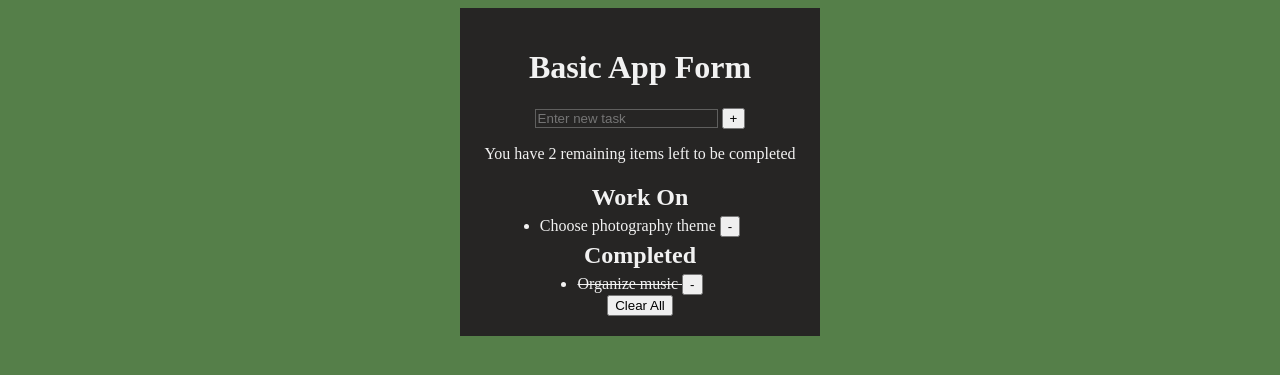
Repository: Kayla-amr/dgm_3760
Page: todoTemplate-W2/index.html
The author's editor kept a copy of each file at every save. The page is drawn from the files as they stood at one save, then again after the next save.
The browser window is 1280 px wide. The pictures show the whole page.

Above is the page before, as saved 2022-11-08 13:02:23.

### todoTemplate-W2/index.html
<!DOCTYPE html>
<html lang="en">

<head>
    <meta charset="UTF-8">
    <meta http-equiv="X-UA-Compatible" content="IE=edge">
    <meta name="viewport" content="width=device-width, initial-scale=1.0">
    <link rel="stylesheet" href="styles.css">
    <title>Basic Todo App</title>
</head>

<body>
    <main>
        <div class="taskForm">
            <h1 class="formTitle"></h1>
            <div>
                <input class="userInput" type="text" placeholder="Enter new task">
                <button class="addTask">+</button>
            </div>
            <p class="remainingTasks"></p>
            <h2>Work On</h2>
            <ul class='todoTasks'>
            </ul>
            <h2>Completed</h2>
            <ul class='completedTasks'>
            </ul>

            <button id="clearBtn">Clear All</button>
    </main>

    </div>
</body>
<script src="/todoTemplate-W2/index.js"></script>

</html>

### todoTemplate-W2/styles.css
body{
    background-color: #557f49;
    color: #f2f2f2;
}
main{
    display: flex;
    justify-content: center;
}
h2{
    margin: 0;
    padding: 5px;
}
.taskForm{
    background-color: #262524;
    padding: 20px;
    width: 20rem;
    display: flex;
    flex-direction: column;
    align-items: center;
}

.todoTasks{
    margin: 0;
    padding: 0;
}
.completedTasks{
    margin: 0;
    padding: 0;
}
.userInput{
    background-color: #eaaf1900;
    border: 1px solid #808080a1;
    color: #f2f2f2;
}

### todoTemplate-W2/index.js
const addBtn = document.querySelector('.addTask'); //store element object for the add task button
const todoTaskUl = document.querySelector('.todoTasks'); //get a reference to the task container UL
const completedTaskUL = document.querySelector('.completedTasks'); //get a reference to the task container UL
const clearBtn = document.querySelector('#clearBtn'); //clear button
const removeBtn = document.querySelector('.removeBtn');
const remainingTasks = document.querySelector('.remainingTasks');

let myList = [
	{
		id: 0,
		name: 'Choose photography theme',
		category: 'Homework',
		due_date: 'Tomorrow',
		status: false
	},
	{
		id: 1,
		name: 'Organize music',
		category: 'Chores',
		due_date: 'Wednesday',
		status: true
	}
];

//app title
document.querySelector('.formTitle').innerText = 'Basic App Form';

//view todods

function displayTodos(todos) {
	//clear out any tasks (li elements) that are in the UL
	todoTaskUl.innerHTML = '';
	completedTaskUL.innerHTML = '';
	//for each todo in the array, add it to the container UL
	todos.forEach(function(myTask) {
		if (myTask.status != true) {
			todoTaskUl.innerHTML += `<li data-todoId='${myTask.id}'> ${myTask.name} <button class="removeBtn" onclick="deleteTask()">-</button></li>`;

		} else {
			completedTaskUL.style.textDecoration = 'line-through';
			completedTaskUL.innerHTML += `<li data-todoId='${myTask.id}'> ${myTask.name} <button class="removeBtn" onclick="deleteTask()">-</button></li>`;
		}
	});
}

//add todos

function addTask() {
	let userInput = document.querySelector('.userInput').value;

	const newTodoObj = {
		id: myList.length + 1,
		name: userInput,
		category: null,
		due_date: null,
		status: false
	};

	myList.push(newTodoObj);
	displayTodos(myList);
}

// create a function to complete todos
function editTask() {
	const clickedTodoId = event.target.dataset.todoid;
	const todoIdx = myList.findIndex((todo) => todo.id == clickedTodoId);
	myList[todoIdx].status = !myList[todoIdx].status;
	console.log(myList);
	displayTodos(myList);
	// function will take 1 parameter (input) an id of the todo to complete
	// find the todo to complete and then change the value of status in the todo object
	//use the .findIndex method to get the index
	//then edit the object directly using bracket notation
	//IE: myList[todoIDX].status
}

//create a function to delete todos
function deleteTask() {
	const todoIdx = myList.findIndex((todo) => todo.obj == removeBtn);
	myList.splice(todoIdx, 1);
	displayTodos(myList);
	//much the same as the complete todo function
	//instead of editing the object, you will need to remove it from the array
}

function deleteComplete() {
	myList.forEach((todo, index, array) => {
		if (todo.status) {
			array.splice(index, 1);
		}
	});
}

function remaining() {
	remainingTasks.textContent = `You have ${todoTaskUl.tagName.length} remaining items left to be completed`;
}

remaining();
displayTodos(myList)
//for complete and delete event listeners you will need to listen for events on the UL

addBtn.addEventListener('click', (event) => {
	addTask();
});

todoTaskUl.addEventListener('click', (event) => {
	editTask();
});

completedTaskUL.addEventListener('click', (event) => {
	editTask();
});

clearBtn.addEventListener('click', (event) => {
	deleteComplete();
	displayTodos(myList);
});

//on page load, show the todos
displayTodos(myList);

After the next save:
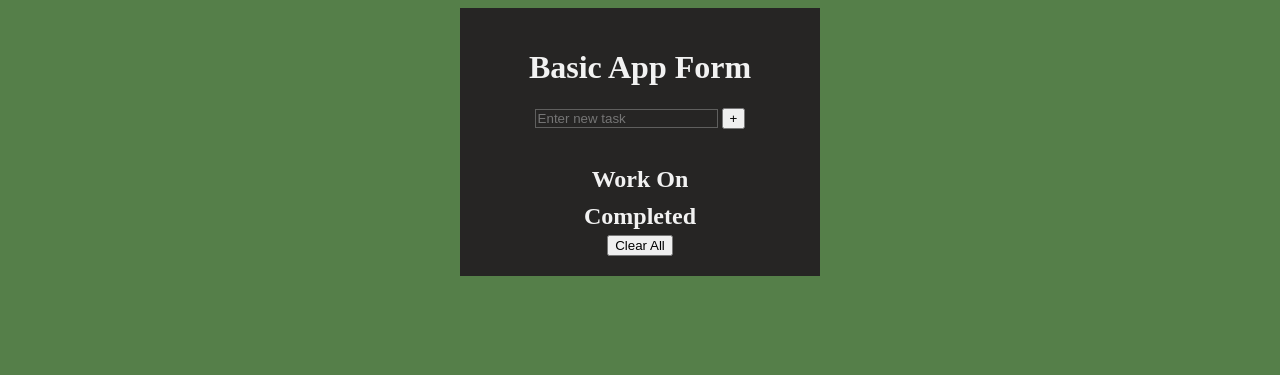
Console error: TypeError: Cannot read properties of undefined (reading 'length')
Saved 42 s later.
--- a/todoTemplate-W2/index.js
+++ b/todoTemplate-W2/index.js
@@ -92,7 +92,7 @@
 }
 
 function remaining() {
-	remainingTasks.textContent = `You have ${todoTaskUl.tagName.length} remaining items left to be completed`;
+	remainingTasks.textContent = `You have ${todoTaskUl.li.length} remaining items left to be completed`;
 }
 
 remaining();

After the 2 saves that followed:
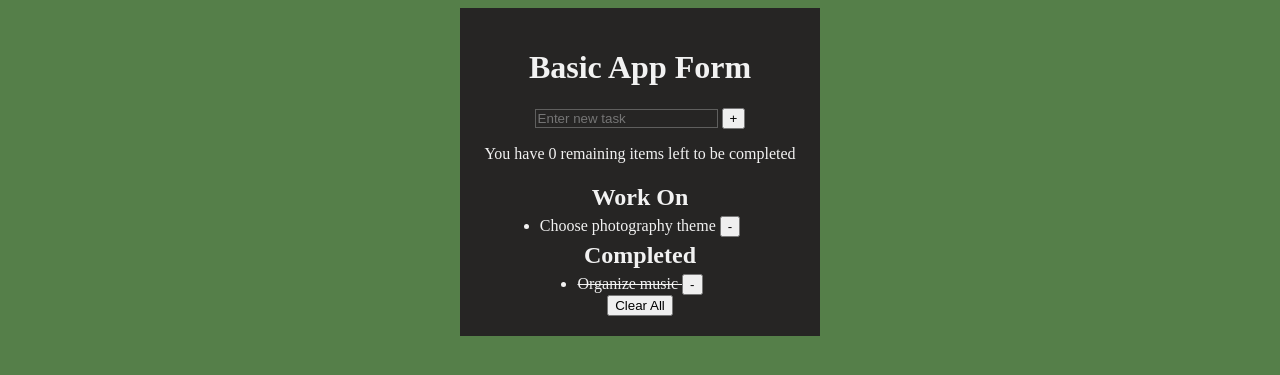
The error is gone.
The 2 saves are shown as one change because 1 left the picture as it was.
The last was saved 10 s later.
--- a/todoTemplate-W2/index.js
+++ b/todoTemplate-W2/index.js
@@ -92,7 +92,7 @@
 }
 
 function remaining() {
-	remainingTasks.textContent = `You have ${todoTaskUl.li.length} remaining items left to be completed`;
+	remainingTasks.textContent = `You have ${todoTaskUl.id.length} remaining items left to be completed`;
 }
 
 remaining();
